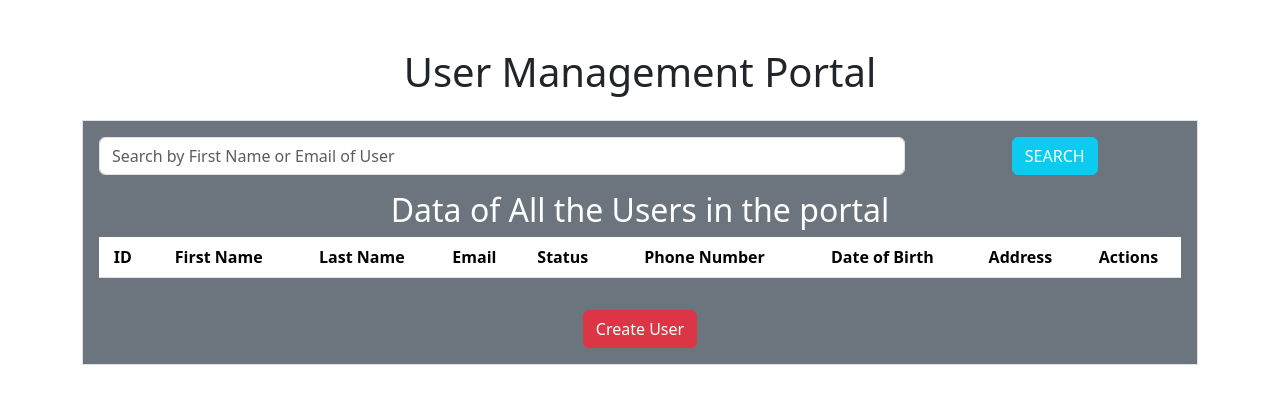
Repository: nairshreejith/reactstudent3
Page: /
An editor plug-in stored every save of this project. The page is shown before and after the next save, followed by the edit.
The browser window is 1280 px wide. The pictures show the whole page.
The page's requests for data from a server got no answer. The project was rebuilt for these pictures with package versions that can differ from the ones it lists, and the page was loaded fresh each time. No one was signed in, and anything a server would have sent is missing.

Above is the page before, as saved 2023-09-16 23:43:07.

After the next save:
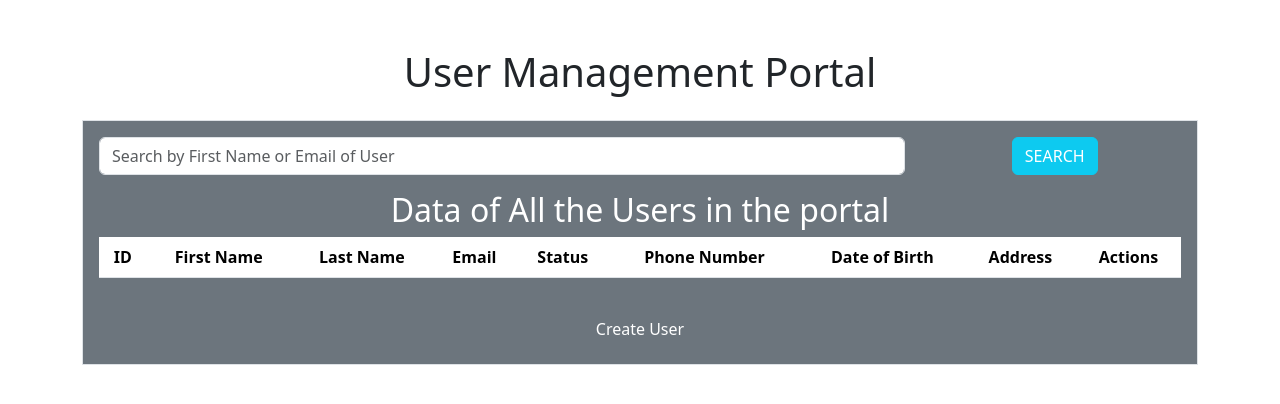
Saved 40 s later.
--- a/src/App.js
+++ b/src/App.js
@@ -148,7 +148,7 @@
             ))}
           </tbody>
         </table>
-        <button className="btn bg-danger text-white mt-3" onClick={() => setShowCreateForm(!showCreateForm)}>
+        <button className="btn text-secondary text-white mt-3" onClick={() => setShowCreateForm(!showCreateForm)}>
           {showCreateForm ? "CANCEL" : "Create User"}
         </button>
         {showCreateForm && (

After the 2 saves that followed:
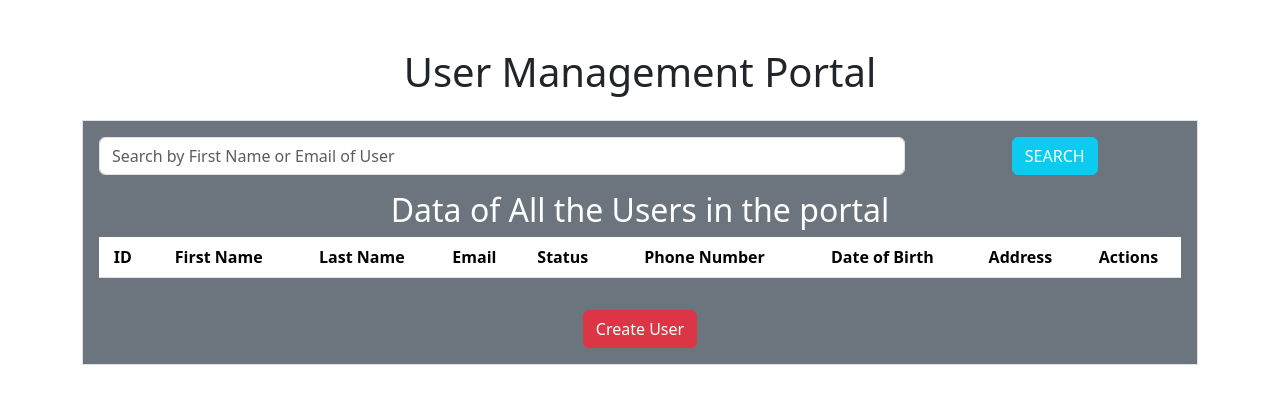
The 2 saves are shown as one change because 1 left the picture as it was.
The last was saved 33 s later.
--- a/src/App.js
+++ b/src/App.js
@@ -148,7 +148,7 @@
             ))}
           </tbody>
         </table>
-        <button className="btn text-secondary text-white mt-3" onClick={() => setShowCreateForm(!showCreateForm)}>
+        <button className="btn bg-danger text-white mt-3" onClick={() => setShowCreateForm(!showCreateForm)}>
           {showCreateForm ? "CANCEL" : "Create User"}
         </button>
         {showCreateForm && (
